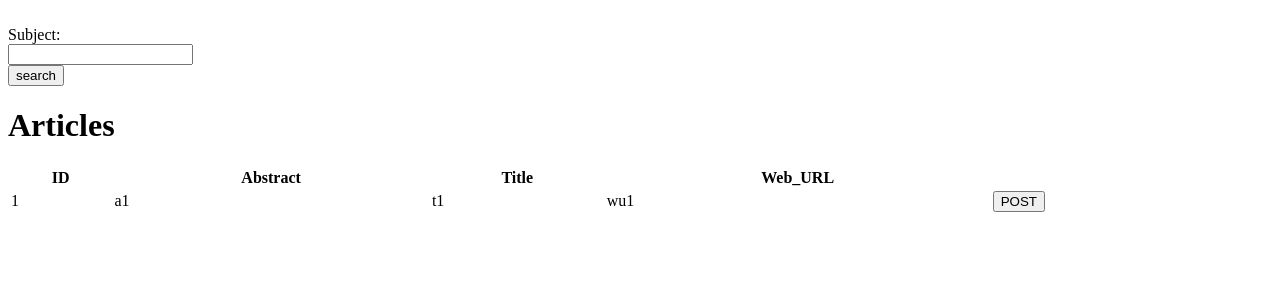
Repository: iuliaclisu/CCproject
Page: server/frontend/index.html
The author's editor kept a record of every edit. The page is drawn from the files as they stood at one moment, then again after the next edit.
The browser window is 1280 px wide. The pictures show the whole page.

Above is the page before.

### server/frontend/index.html
<!DOCTYPE html>
<html>
    <head>
        <title>Article list</title>
    </head>
    <body>
        <form>
  <input type="hidden" name="id" id="id" /><br />
  Subject:<br />
  <input type="text" name="name" id="name" /><br />
  <input type="submit" value="search">
</form>
        <h1>Articles</h1>
        <table style="width:100%;">
    <tr>
        <th>ID</th>
        <th>Abstract</th>
        <th>Title</th>
        <th>Web_URL</th>
    </tr>
    <tr>
        <td>1</td>
        <td>a1</td>
        <td>t1</td>
        <td>wu1</td>
        <td>
            <button>POST</button>
        </td>
    </tr>
</table>


    </body>
</html>

After the next edit:
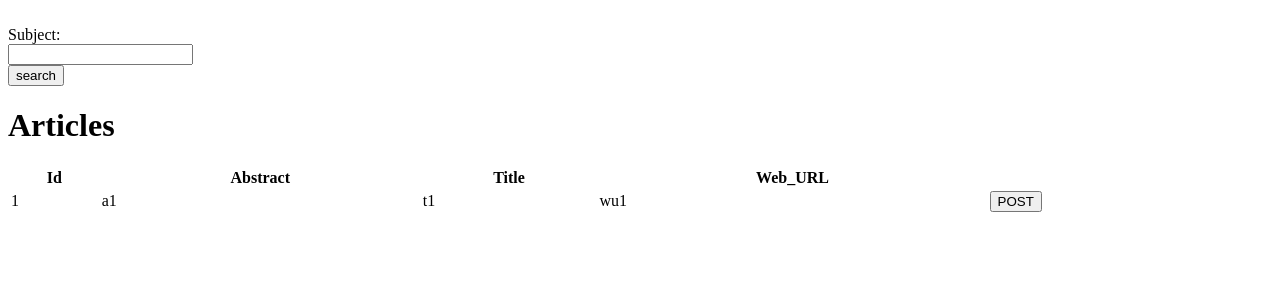
The edit:
--- a/server/frontend/index.html
+++ b/server/frontend/index.html
@@ -13,7 +13,7 @@
         <h1>Articles</h1>
         <table style="width:100%;">
     <tr>
-        <th>ID</th>
+        <th>Id</th>
         <th>Abstract</th>
         <th>Title</th>
         <th>Web_URL</th>
